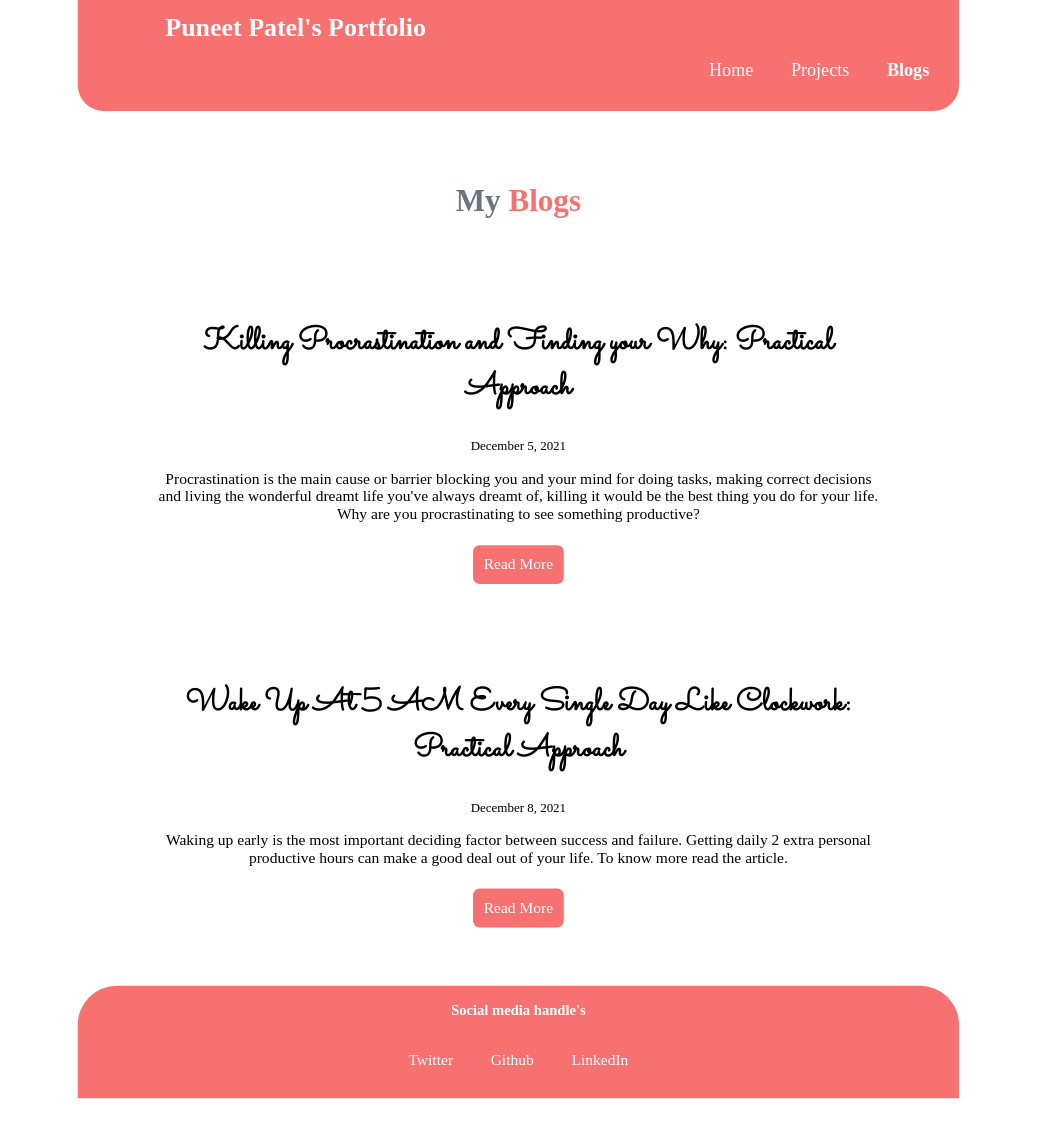
Repository: PuneetP16/Portfolio
Page: blogs.html
The author's editor kept a copy of each file at every save. The page is drawn from the files as they stood at one save, then again after the next save.
The browser window is 1280 px wide. The pictures show the whole page, at 81% of full size.
Some web fonts or font styles are not loaded; a fallback is used.

Above is the page before, as saved 2021-12-10 02:23:24.

After the next save:
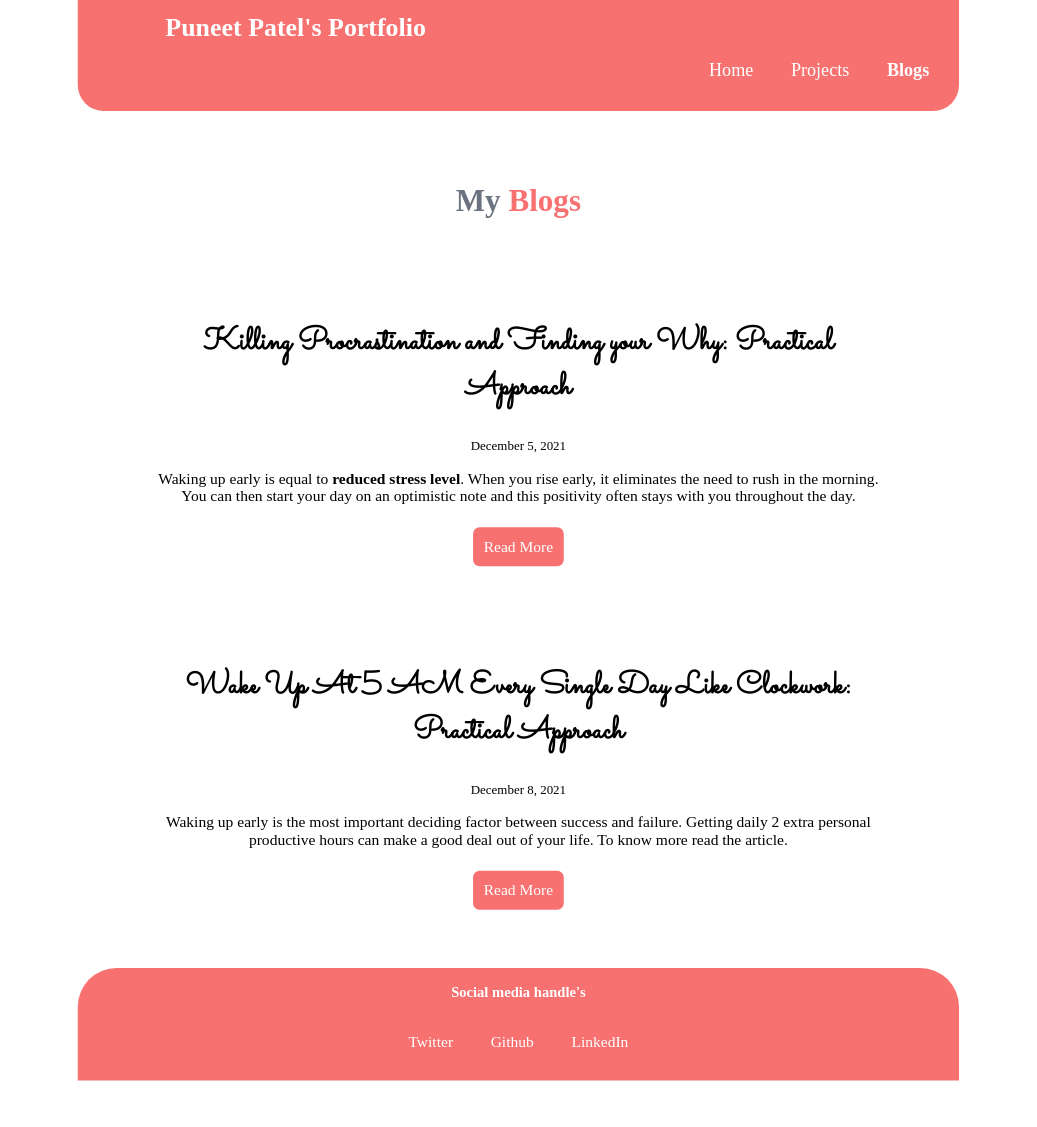
Saved 3 min 53 s later.
--- a/blogs.html
+++ b/blogs.html
@@ -36,7 +36,7 @@
         <h1>Killing Procrastination and Finding your Why: Practical Approach</h1>
         <small>December 5, 2021</small>
         <p>
-          Procrastination is the main cause or barrier blocking you and your mind for doing tasks, making correct decisions and living the wonderful dreamt life you've always dreamt of, killing it would be the best thing you do for your life. Why are you procrastinating to see something productive?
+          Waking up early is equal to <strong>reduced stress level</strong>. When you rise early, it eliminates the need to rush in the morning. You can then start your day on an optimistic note and this positivity often stays with you throughout the day.
         </p>
         <a class="link link-primary" href="killing_procrastination.html" target="_blank">Read More</a>
       </article>
